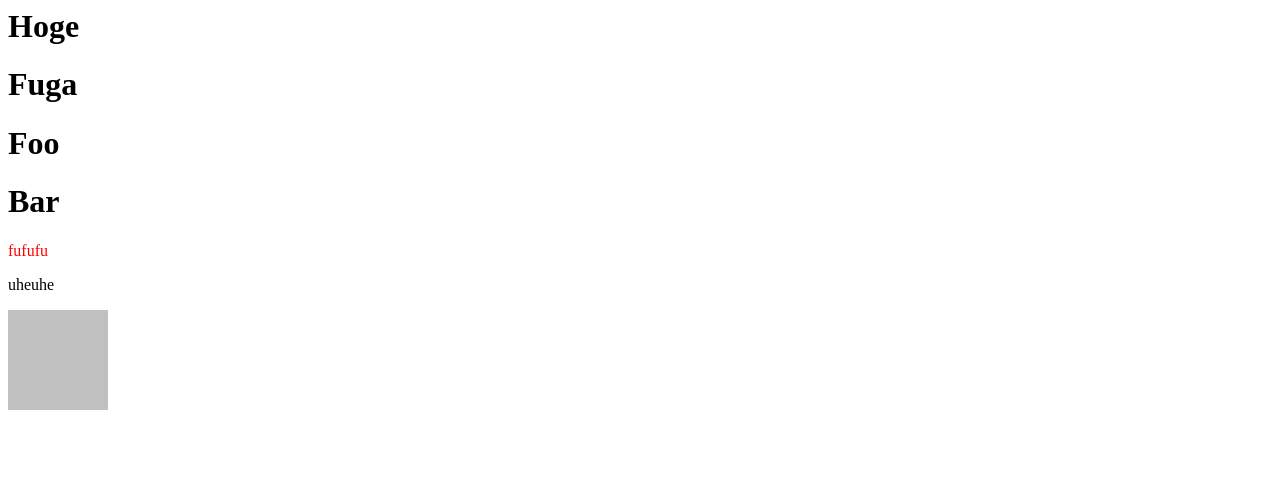
Repository: revolver67/samurai_HTML-CSS
Page: test.html
The author's editor kept a record of every edit. The page is drawn from the files as they stood at one moment, then again after the next edit.
The browser window is 1280 px wide. The pictures show the whole page.

Above is the page before.

### test.html

<html lang="ja">
    <head>
        <style>
            .empty {
                width:100px;
                height: 100px;
            }
            .empty:empty {
                background-color: #c0c0c0;
            }
            .smile p:first-of-type {
            color: red;

            }
        </style>
    </head>
    <body>
        <div class="smile">
        <h1>Hoge</h1>
        <h1>Fuga</h1>
        <h1>Foo</h1>
        <h1>Bar</h1>
        <p>fufufu</p>
        <p>uheuhe</p>
        </div>
        <div class="empty"></div>
    </body>
</html>

After the next edit:
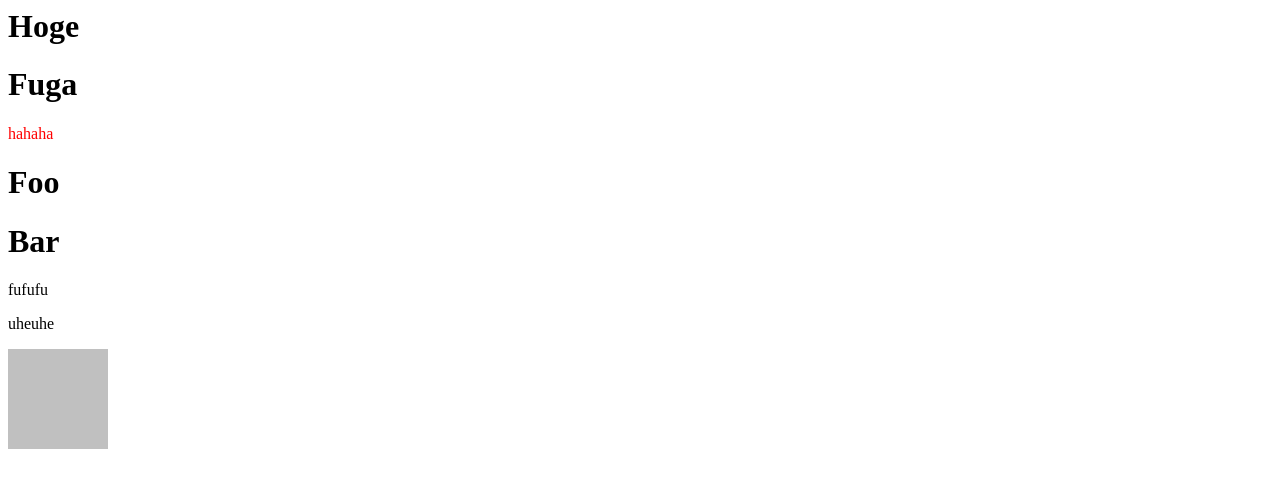
The edit:
--- a/test.html
+++ b/test.html
@@ -19,6 +19,7 @@
         <div class="smile">
         <h1>Hoge</h1>
         <h1>Fuga</h1>
+        <p>hahaha</p>
         <h1>Foo</h1>
         <h1>Bar</h1>
         <p>fufufu</p>
